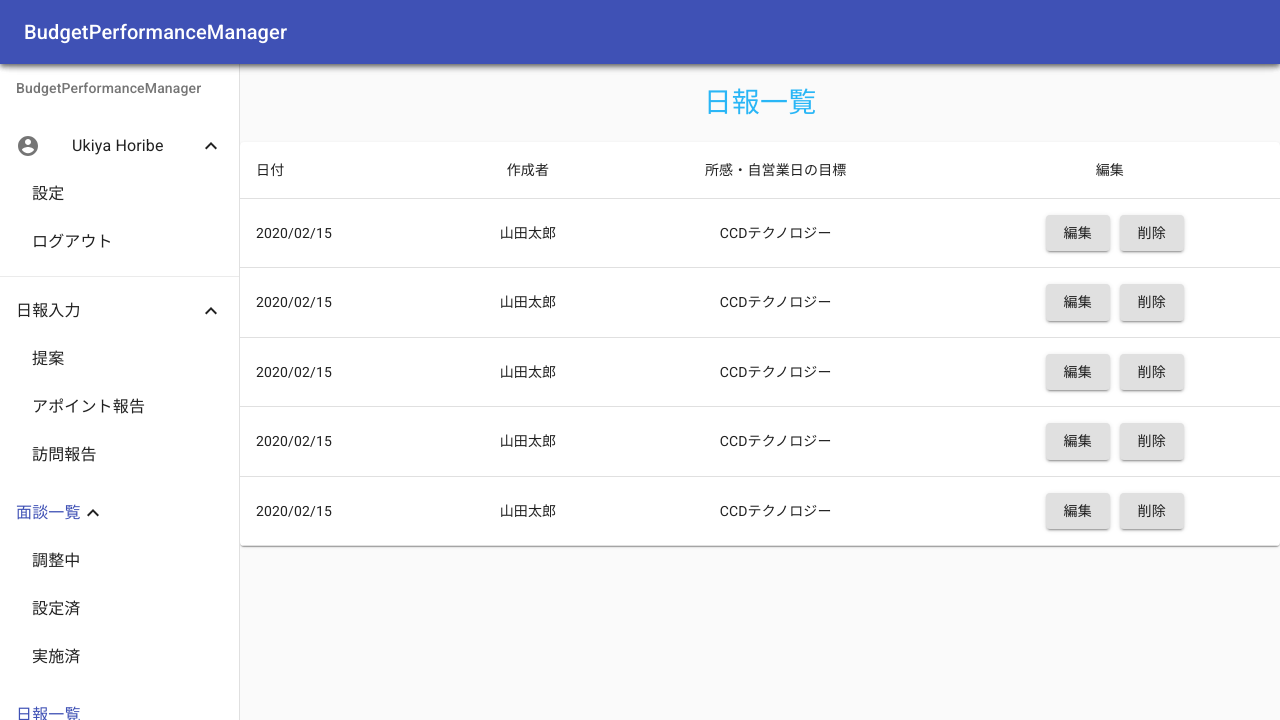
Repository: ukiyah/test
Page: /list_daily_report (app in src/)
An editor plug-in stored every save of this project. The page is shown before and after the next save, followed by the edit.
The browser window is 1280 px wide. The pictures show the whole page.
The project was rebuilt for these pictures with package versions that can differ from the ones it lists, and the page was loaded fresh each time. Also part of the build but not shown: src/Button.js, src/proposal/Table.js, src/proposal/list_proposal.js, src/Title.js, src/Chart.js, src/Deposits.js, src/Orders.js, src/Dashboard.js and 7 more.

Above is the page before, as saved 2020-02-25 18:47:49.

### src/index.css
body {
  margin: 0;
  font-family: -apple-system, BlinkMacSystemFont, 'Segoe UI', 'Roboto', 'Oxygen',
    'Ubuntu', 'Cantarell', 'Fira Sans', 'Droid Sans', 'Helvetica Neue',
    sans-serif;
  -webkit-font-smoothing: antialiased;
  -moz-osx-font-smoothing: grayscale;
}

code {
  font-family: source-code-pro, Menlo, Monaco, Consolas, 'Courier New',
    monospace;
}

.button {
  color: #000;
}

h1 {
  text-align: center;
  color:#29B6F6;
  font-weight: normal;
}

### src/App.js
import React from 'react';
import 'typeface-roboto';
import {
  BrowserRouter,
  Route
} from "react-router-dom";
import list_proposal from "./proposal/list_proposal";
import Dashboard from "./Dashboard";
import list_interview from "./interview/list_interview";
import list_closing from "./closing/list_closing";
import list_appointment from "./appointment/list_appointment";
import list_daily_report from "./daily_report/list_daily_report";

class App extends React.Component{

  render() {
    return (
      <div>

        <BrowserRouter>
          <div>
            <Route exact path="/" component={Dashboard} />
            <Route path="/list_proposal" component={list_proposal} />
            <Route path="/list_interview" component={list_interview} />
            <Route path="/list_closing" component={list_closing} />
            <Route path="/list_appointment" component={list_appointment} />
            <Route path="/list_daily_report" component={list_daily_report} />

          </div>
        </BrowserRouter>
        {/* <ClippedDrawer /> */}
      </div>
    );
  }

}

export default App;

### src/daily_report/list_daily_report.js
import React from 'react';
import { makeStyles } from '@material-ui/core/styles';
import CssBaseline from '@material-ui/core/CssBaseline';

import Drawer from "../Drawer";
import Table from "./Table";

const useStyles = makeStyles(theme => ({
  root: {
    display: 'flex',
  },
  appBarSpacer: theme.mixins.toolbar,
  content: {
    flexGrow: 1,
    height: '100vh',
    overflow: 'auto',
  },


}));

export default function Dashboard() {
  const classes = useStyles();

  return (
    <div className={classes.root}>
      <CssBaseline />
      <Drawer />
      <main className={classes.content}>
        <div className={classes.appBarSpacer} />
        <h1>日報一覧</h1>
        <Table />
      </main>
    </div>
  );
}

### src/Drawer.js
import React from 'react';
import { makeStyles } from '@material-ui/core/styles';
import Drawer from '@material-ui/core/Drawer';
import AppBar from '@material-ui/core/AppBar';
import CssBaseline from '@material-ui/core/CssBaseline';
import Toolbar from '@material-ui/core/Toolbar';
import Typography from '@material-ui/core/Typography';
import SimpleTable from "./proposal/Table";
import NestedList from "./NestedList";
const drawerWidth = 240;

const useStyles = makeStyles(theme => ({
  root: {
    display: 'flex',
  },
  appBar: {
    zIndex: theme.zIndex.drawer + 1,
  },
  drawer: {
    width: drawerWidth,
    flexShrink: 0,
  },
  drawerPaper: {
    width: drawerWidth,
  },
  content: {
    flexGrow: 1,
    padding: theme.spacing(3),
  },
  toolbar: theme.mixins.toolbar,
}));

export default function ClippedDrawer() {
  const classes = useStyles();

  return (
    <div className={classes.root}>
      <CssBaseline />
      <AppBar position="fixed" className={classes.appBar}>
        <Toolbar>
          <Typography variant="h6" noWrap>
            BudgetPerformanceManager
          </Typography>
        </Toolbar>
      </AppBar>
      <Drawer
        className={classes.drawer}
        variant="permanent"
        classes={{
          paper: classes.drawerPaper,
        }}
      >
        <div className={classes.toolbar} />
        <NestedList />
      </Drawer>

    </div>
  );
}

### src/daily_report/Table.js
import React from 'react';
import { makeStyles } from '@material-ui/core/styles';
import Table from '@material-ui/core/Table';
import TableBody from '@material-ui/core/TableBody';
import TableCell from '@material-ui/core/TableCell';
import TableContainer from '@material-ui/core/TableContainer';
import TableHead from '@material-ui/core/TableHead';
import TableRow from '@material-ui/core/TableRow';
import Paper from '@material-ui/core/Paper';
import ContainedButtons from "../Button";
import Button from '@material-ui/core/Button';
import Drawer from "../Drawer";

const useStyles = makeStyles({
  table: {
    minWidth: 650,
  },
});

function createData(name, calories, fat) {
  return { name, calories, fat};
}

const rows = [
  createData('2020/02/15', '山田太郎', 'CCDテクノロジー'),
  createData('2020/02/15', '山田太郎', 'CCDテクノロジー'),
  createData('2020/02/15', '山田太郎', 'CCDテクノロジー'),
  createData('2020/02/15', '山田太郎', 'CCDテクノロジー'),
  createData('2020/02/15', '山田太郎', 'CCDテクノロジー'),
];

export default function SimpleTable() {
  const classes = useStyles();

  return (
    <div>
      <Drawer />
      <TableContainer component={Paper}>
        <Table className={classes.table} aria-label="simple table">
          <TableHead>
            <TableRow>
              <TableCell>日付</TableCell>
              <TableCell align="center">作成者</TableCell>
              <TableCell align="center">所感・自営業日の目標</TableCell>
              <TableCell align="center">編集</TableCell>
            </TableRow>
          </TableHead>
          <TableBody>
            {rows.map(row => (
              <TableRow key={row.name}>
                <TableCell component="th" scope="row">
                  {row.name}
                </TableCell>
                <TableCell align="center">{row.calories}</TableCell>
                <TableCell align="center">{row.fat}</TableCell>

                <TableCell align="center">
                  <Button variant="contained" style={{marginLeft: 10}}>編集</Button>
                  <Button variant="contained" style={{marginLeft: 10}}>削除</Button>
                </TableCell>
              </TableRow>
            ))}
          </TableBody>
        </Table>
      </TableContainer>
    </div>

  );
}

### src/NestedList.js
import React from 'react';
import { makeStyles } from '@material-ui/core/styles';
import ListSubheader from '@material-ui/core/ListSubheader';
import List from '@material-ui/core/List';
import ListItem from '@material-ui/core/ListItem';
import ListItemIcon from '@material-ui/core/ListItemIcon';
import ListItemText from '@material-ui/core/ListItemText';
import Collapse from '@material-ui/core/Collapse';
import InboxIcon from '@material-ui/icons/MoveToInbox';
import DraftsIcon from '@material-ui/icons/Drafts';
import SendIcon from '@material-ui/icons/Send';
import ExpandLess from '@material-ui/icons/ExpandLess';
import ExpandMore from '@material-ui/icons/ExpandMore';
import StarBorder from '@material-ui/icons/StarBorder';
import AccountCircle from '@material-ui/icons/AccountCircle';
import Divider from '@material-ui/core/Divider';
import Link from '@material-ui/core/Link';
const useStyles = makeStyles(theme => ({
  root: {
    width: '100%',
    maxWidth: 360,
    backgroundColor: theme.palette.background.paper,
  },
  nested: {
    paddingLeft: theme.spacing(4),
  },
}));

export default function NestedList() {
  const classes = useStyles();
  const [open1, setOpen1] = React.useState(true);
  const [open2, setOpen2] = React.useState(true);
  const [open3, setOpen3] = React.useState(true);
  const [open4, setOpen4] = React.useState(true);

  const handleClick1 = () => {
    setOpen1(!open1);
  };
  const handleClick2 = () => {
    setOpen2(!open2);
  };
  const handleClick3 = () => {
    setOpen3(!open3);
  };
  const handleClick4 = () => {
    setOpen4(!open4);
  };
  return (
    <List
      component="nav"
      aria-labelledby="nested-list-subheader"
      subheader={
        <ListSubheader component="div" id="nested-list-subheader">
          BudgetPerformanceManager
        </ListSubheader>
      }
      className={classes.root}
    >
      <div style={{ marginTop: 10, marginBottom: 10 }}>
        <ListItem button onClick={handleClick1}>
          <ListItemIcon>
            <AccountCircle />
          </ListItemIcon>
          <ListItemText primary="Ukiya Horibe" />
          {open1 ? <ExpandLess /> : <ExpandMore />}
        </ListItem>
        <Collapse in={open1} timeout="auto" unmountOnExit>
          <List component="div" disablePadding>
            <ListItem button className={classes.nested}>
              {/* <ListItemIcon>
              <StarBorder />
            </ListItemIcon> */}
              <ListItemText primary="設定" />
            </ListItem>
            <ListItem button className={classes.nested}>
              <ListItemText primary="ログアウト" />
            </ListItem>
          </List>
        </Collapse>
      </div>
      <Divider light />
      <div style={{ marginTop: 10 }}>
        <ListItem button onClick={handleClick2}>
          <ListItemText primary="日報入力" />
          {open2 ? <ExpandLess /> : <ExpandMore />}
        </ListItem>
        <Collapse in={open2} timeout="auto" unmountOnExit>
          <List component="div" disablePadding>
            <ListItem button className={classes.nested}>
              <ListItemText primary="提案" />
            </ListItem>
            <ListItem button className={classes.nested}>
              <ListItemText primary="アポイント報告" />
            </ListItem>
            <ListItem button className={classes.nested}>
              <ListItemText primary="訪問報告" />
            </ListItem>
          </List>
        </Collapse>
      </div>
      <div style={{ marginTop: 10 }}>
        <ListItem button onClick={handleClick3}>
          <Link href="list_interview" >
            <ListItemText primary="面談一覧" />
          </Link>

          {open3 ? <ExpandLess /> : <ExpandMore />}
        </ListItem>
        <Collapse in={open3} timeout="auto" unmountOnExit>
          <List component="div" disablePadding>
            <ListItem button className={classes.nested}>
              <ListItemText primary="調整中" />
            </ListItem>
            <ListItem button className={classes.nested}>
              <ListItemText primary="設定済" />
            </ListItem>
            <ListItem button className={classes.nested}>
              <ListItemText primary="実施済" />
            </ListItem>
          </List>
        </Collapse>
      </div>
      <div style={{ marginTop: 10 }}>
        <ListItem button>
          <Link href="/list_daily_report" >
            <ListItemText primary="日報一覧" />
          </Link>
        </ListItem>
      </div>
      <div style={{ marginTop: 10 }}>
        <ListItem button onClick={handleClick4}>
          <ListItemText primary="その他の一覧" />

          {open4 ? <ExpandLess /> : <ExpandMore />}
        </ListItem>
        <Collapse in={open4} timeout="auto" unmountOnExit>
          <List component="div" disablePadding>
            <ListItem button className={classes.nested}>
              <Link href="/list_proposal" >
                <ListItemText primary="提案" />
              </Link>

            </ListItem>
            <ListItem button className={classes.nested}>
              <Link href="/list_closing" >
                <ListItemText primary="成約" />
              </Link>
            </ListItem>
            <ListItem button className={classes.nested}>
              <Link href="/list_appointment" >
                <ListItemText primary="架電報告" />
              </Link>
            </ListItem>
          </List>
        </Collapse>
      </div>
    </List>
  );
}

Loaded but not shown: src/index.js (common file); src/serviceWorker.js (common file)

After the next save:
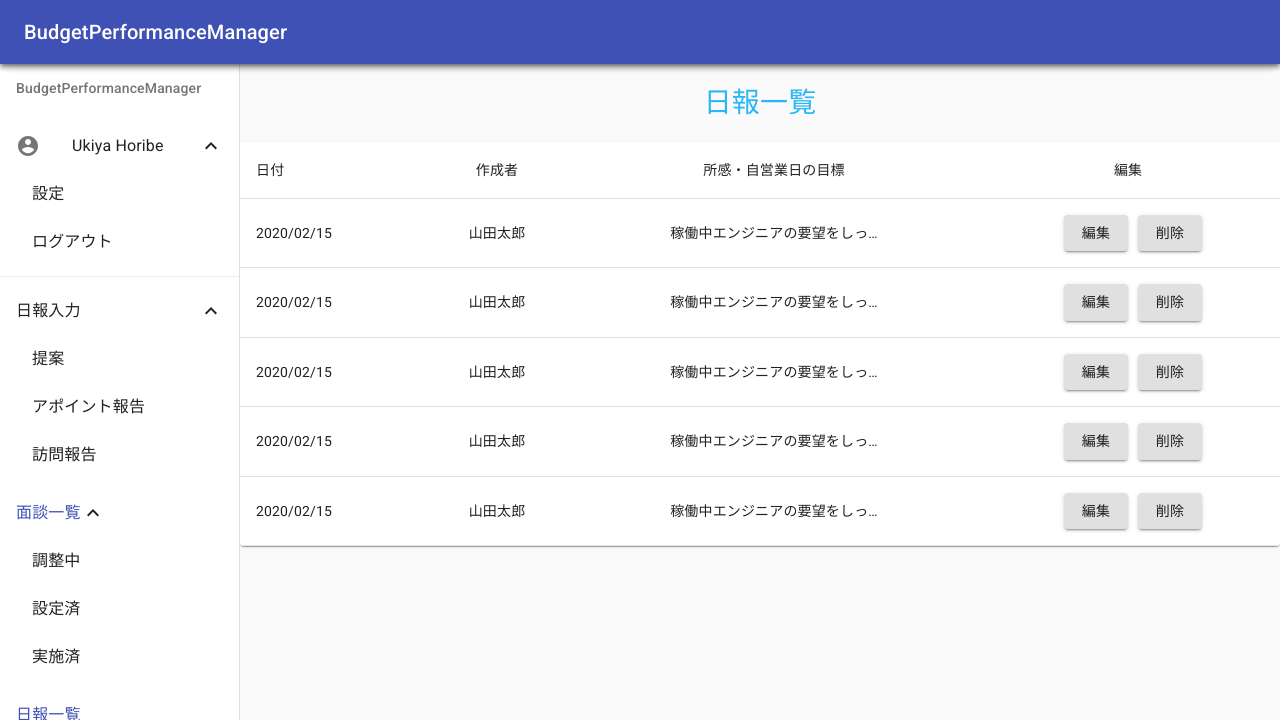
Saved 14 s later.
--- a/src/daily_report/Table.js
+++ b/src/daily_report/Table.js
@@ -22,11 +22,11 @@ function createData(name, calories, fat) {
 }
 
 const rows = [
-  createData('2020/02/15', '山田太郎', 'CCDテクノロジー'),
-  createData('2020/02/15', '山田太郎', 'CCDテクノロジー'),
-  createData('2020/02/15', '山田太郎', 'CCDテクノロジー'),
-  createData('2020/02/15', '山田太郎', 'CCDテクノロジー'),
-  createData('2020/02/15', '山田太郎', 'CCDテクノロジー'),
+  createData('2020/02/15', '山田太郎', '稼働中エンジニアの要望をしっ…'),
+  createData('2020/02/15', '山田太郎', '稼働中エンジニアの要望をしっ…'),
+  createData('2020/02/15', '山田太郎', '稼働中エンジニアの要望をしっ…'),
+  createData('2020/02/15', '山田太郎', '稼働中エンジニアの要望をしっ…'),
+  createData('2020/02/15', '山田太郎', '稼働中エンジニアの要望をしっ…'),
 ];
 
 export default function SimpleTable() {
